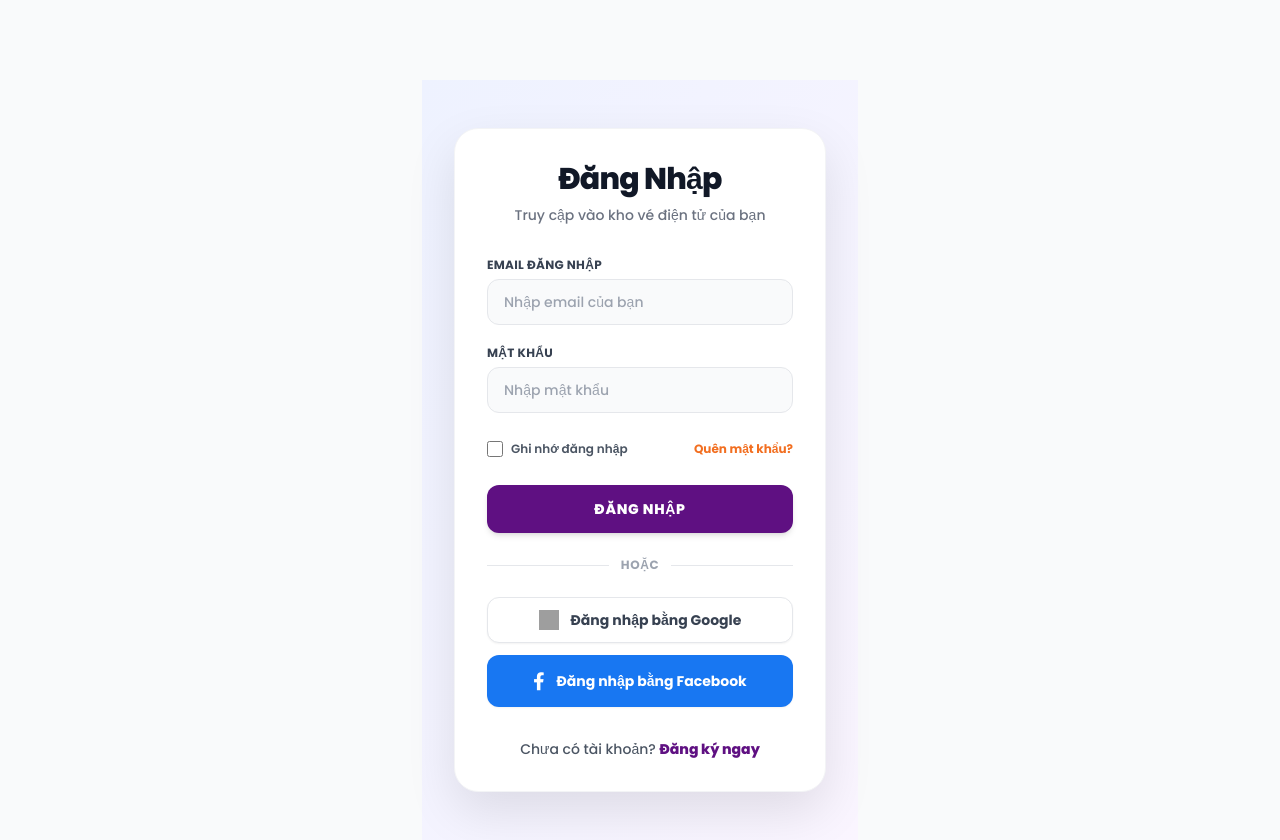
Repository: Vu-Tien-Duc/K23CNT3_VuTienDuc_Project4_EventTicket
Page: EventTicket_BDHT_Project/frontend-web/pages/user/login.html
An editor plug-in stored every save of this project. The page is shown before and after the next save, followed by the edit.
The browser window is 1280 px wide. The pictures show the whole page.
Pictures or frames that could not be fetched are drawn as grey boxes. The page's requests for data from a server got no answer. Some web libraries are served in a nearby version.

Above is the page before, as saved 2026-05-24 18:28:45.

### EventTicket_BDHT_Project/frontend-web/pages/user/login.html
<!DOCTYPE html>
<html lang="vi">
<head>
    <meta charset="UTF-8">
    <meta name="viewport" content="width=device-width, initial-scale=1.0">
    <title>Đăng Nhập - BDHT Premium Ticketing</title>
    <script>
        // Tự động chuyển hướng 127.0.0.1 sang localhost để Facebook Login chạy không lỗi
        if (window.location.hostname === '127.0.0.1') {
            window.location.hostname = 'localhost';
        }
    </script>
    <!-- Tailwind CSS CDN -->
    <script src="https://cdn.tailwindcss.com"></script>
    <script>
        tailwind.config = {
            theme: {
                extend: {
                    colors: {
                        brand: {
                            purple: '#5f1082',
                            purpleHover: '#4d0b6b',
                            orange: '#f26f21',
                            orangeHover: '#d95a12',
                            darkBg: '#333333'
                        }
                    },
                    fontFamily: {
                        sans: ['Poppins', 'sans-serif'],
                    }
                }
            }
        }
    </script>
    <link href="https://fonts.googleapis.com/css2?family=Poppins:wght@300;400;500;600;700;800;900&display=swap" rel="stylesheet">
    <link rel="stylesheet" href="https://cdnjs.cloudflare.com/ajax/libs/font-awesome/6.4.0/css/all.min.css">
    <link rel="stylesheet" href="../../assets/css/style.css">
</head>
<body class="bg-gray-50 text-gray-800 font-sans antialiased flex flex-col min-h-screen">


    <main class="flex-1 flex items-center justify-center py-12 px-4 sm:px-6 lg:px-8 bg-gradient-to-br from-indigo-50 to-purple-50">
        <div class="max-w-md w-full bg-white rounded-3xl p-8 shadow-[0_20px_50px_rgba(0,0,0,0.1)] border border-gray-100">
            <div class="text-center mb-8">
                <h2 class="text-3xl font-extrabold text-gray-900 tracking-tight">Đăng Nhập</h2>
                <p class="text-sm font-medium text-gray-500 mt-2">Truy cập vào kho vé điện tử của bạn</p>
            </div>

            <form id="loginForm" class="flex flex-col gap-5">
                <div id="login-msg" class="hidden font-bold text-sm p-3 rounded-xl"></div>

                <div class="flex flex-col gap-1.5">
                    <label class="text-xs font-bold text-gray-700 uppercase tracking-wide">Email đăng nhập</label>
                    <input type="email" id="email" required placeholder="Nhập email của bạn" class="w-full px-4 py-3 bg-gray-50 border border-gray-200 rounded-xl text-sm font-medium focus:border-brand-purple focus:ring-4 focus:ring-brand-purple/10 outline-none transition-all">
                </div>

                <div class="flex flex-col gap-1.5">
                    <label class="text-xs font-bold text-gray-700 uppercase tracking-wide">Mật khẩu</label>
                    <input type="password" id="password" required placeholder="Nhập mật khẩu" class="w-full px-4 py-3 bg-gray-50 border border-gray-200 rounded-xl text-sm font-medium focus:border-brand-purple focus:ring-4 focus:ring-brand-purple/10 outline-none transition-all">
                </div>

                <div class="flex items-center justify-between mt-2">
                    <label class="flex items-center gap-2 cursor-pointer group">
                        <input type="checkbox" class="w-4 h-4 text-brand-purple rounded border-gray-300 focus:ring-brand-purple cursor-pointer">
                        <span class="text-xs font-semibold text-gray-600 group-hover:text-gray-900 transition">Ghi nhớ đăng nhập</span>
                    </label>
                    <a href="reset-password.html" class="text-xs font-bold text-brand-orange hover:text-brand-orangeHover transition-colors">Quên mật khẩu?</a>
                </div>

                <button type="submit" class="w-full bg-brand-purple hover:bg-brand-purpleHover text-white font-extrabold px-6 py-3.5 rounded-xl text-sm uppercase tracking-wider transition-all duration-300 shadow-md hover:shadow-xl hover:-translate-y-0.5 mt-2">
                    Đăng Nhập
                </button>
            </form>

            <div class="flex items-center my-6">
                <div class="flex-1 h-px bg-gray-200"></div>
                <span class="px-3 text-xs font-bold text-gray-400 uppercase tracking-wider">Hoặc</span>
                <div class="flex-1 h-px bg-gray-200"></div>
            </div>

            <div class="flex flex-col gap-3">
                <button id="btn-google" class="w-full bg-white hover:bg-gray-50 text-gray-700 border border-gray-200 font-bold px-6 py-3 rounded-xl text-sm transition-all duration-300 shadow-sm flex items-center justify-center gap-3">
                    <img src="https://www.svgrepo.com/show/475656/google-color.svg" alt="Google" class="w-5 h-5">
                    Đăng nhập bằng Google
                </button>
                <button id="btn-facebook" class="w-full bg-[#1877F2] hover:bg-[#166fe5] text-white font-bold px-6 py-3 rounded-xl text-sm transition-all duration-300 shadow-sm flex items-center justify-center gap-3">
                    <i class="fab fa-facebook-f text-lg"></i>
                    Đăng nhập bằng Facebook
                </button>
            </div>

            <p class="text-center mt-8 text-sm font-medium text-gray-600">
                Chưa có tài khoản? <a href="register.html" class="font-extrabold text-brand-purple hover:text-brand-orange transition-colors">Đăng ký ngay</a>
            </p>
        </div>
    </main>

    <!-- Google Identity Services SDK -->
    <script src="https://accounts.google.com/gsi/client" async defer></script>

    <script>
        window.SOCIAL_AUTH_CONFIG = {
            googleClientId: '404310159595-htrj1gvm7nv4hsak6j64584tu350e1jd.apps.googleusercontent.com',
        };
    </script>

    <script src="../../assets/js/core/api-client.js"></script>
    <script src="../../assets/js/auth.js"></script>
</body>
</html>

### EventTicket_BDHT_Project/frontend-web/assets/css/style.css
/* EventTicket Frontend Styles */

/* Reset and Base Styles */
* {
    margin: 0;
    padding: 0;
    box-sizing: border-box;
}

body {
    font-family: 'Segoe UI', Tahoma, Geneva, Verdana, sans-serif;
    line-height: 1.6;
    color: #333;
    background-color: #f8f9fa;
}

header {
    background: linear-gradient(135deg, #667eea 0%, #764ba2 100%);
    color: white;
    padding: 1rem 0;
    position: fixed;
    width: 100%;
    top: 0;
    z-index: 1000;
    box-shadow: 0 2px 10px rgba(0,0,0,0.1);
}

main {
    margin-top: 80px;
    padding: 2rem;
    max-width: 1200px;
    margin-left: auto;
    margin-right: auto;
}

.container {
    max-width: 1200px;
    margin: 0 auto;
    padding: 0 1rem;
}

.btn {
    background: #667eea;
    color: white;
    padding: 0.75rem 1.5rem;
    border: none;
    border-radius: 5px;
    cursor: pointer;
    font-size: 1rem;
    transition: background 0.3s;
}

.btn:hover {
    background: #5a67d8;
}

.btn-danger {
    background: #e53e3e;
}

.btn-danger:hover {
    background: #c53030;
}

.card {
    background: white;
    border-radius: 10px;
    box-shadow: 0 4px 6px rgba(0,0,0,0.1);
    padding: 1.5rem;
    margin-bottom: 1.5rem;
}

.event-card {
    display: flex;
    gap: 1.5rem;
    margin-bottom: 2rem;
    padding: 1.5rem;
    border-radius: 10px;
    background: white;
    box-shadow: 0 4px 12px rgba(0,0,0,0.1);
    transition: transform 0.3s, box-shadow 0.3s;
}

.event-card:hover {
    transform: translateY(-5px);
    box-shadow: 0 8px 25px rgba(0,0,0,0.15);
}

/* Responsive */
@media (max-width: 768px) {
    .event-card {
        flex-direction: column;
    }

    main {
        padding: 1rem;
    }
}

/* Loading Spinner */
.loading {
    display: inline-block;
    width: 20px;
    height: 20px;
    border: 3px solid #f3f3f3;
    border-top: 3px solid #667eea;
    border-radius: 50%;
    animation: spin 1s linear infinite;
}

@keyframes spin {
    0% { transform: rotate(0deg); }
    100% { transform: rotate(360deg); }
}

### EventTicket_BDHT_Project/frontend-web/components/header.html
<!-- Header Component -->
<header class="w-full">
    <!-- Top Bar -->
    <div class="max-w-7xl mx-auto px-6 h-20 flex items-center justify-between gap-8">

        <!-- Logo -->
        <a href="pages/index.html" class="flex flex-col flex-shrink-0 group">
            <h1
                class="text-2xl font-extrabold text-gray-900 tracking-tight group-hover:text-brand-purple transition-colors">
                BDHT</h1>
            <p class="text-[9px] font-bold text-gray-400 uppercase tracking-widest mt-0.5" data-i18n="header.subtitle">
                Premium Ticketing</p>
        </a>

        <!-- Search -->
        <div class="hidden md:flex flex-1 max-w-xl">
            <div class="relative w-full group">
                <div class="absolute inset-y-0 left-0 pl-4 flex items-center pointer-events-none">
                    <i class="fas fa-search text-gray-400 group-focus-within:text-brand-purple transition-colors"></i>
                </div>
                <input id="header-search-keyword" type="text" placeholder="Tìm kiếm sự kiện, nghệ sĩ, địa điểm..." data-i18n="header.search_placeholder"
                    class="w-full pl-10 pr-4 py-2.5 bg-gray-50 border border-transparent rounded-full text-sm font-medium text-gray-900 focus:bg-white focus:border-gray-200 focus:ring-4 focus:ring-gray-100 outline-none transition-all duration-300">
            </div>
        </div>

        <!-- User Actions & Language -->
        <div class="flex items-center gap-6">
            <div class="hidden md:block">
                <div class="ai-status-shell rounded-full bg-gradient-to-r from-amber-200 via-orange-200 to-rose-200 p-[1px] shadow-[0_0_24px_rgba(251,191,36,0.32)] transition-all duration-300">
                    <div id="header-ai-status-pill"
                        class="hidden md:flex items-center gap-3 rounded-full border border-amber-200 bg-amber-50 px-3 py-1.5 text-[11px] font-bold text-amber-700 shadow-sm whitespace-nowrap">
                        <div class="flex items-center gap-2">
                            <span id="header-ai-status-dot" class="inline-block h-2 w-2 rounded-full bg-amber-500 animate-pulse"></span>
                            <span class="inline-flex items-center gap-1.5">
                                <i class="fas fa-robot text-[10px]"></i>
                                <span id="header-ai-status-text">Đang kiểm tra trợ lý AI...</span>
                            </span>
                        </div>
                        <button id="header-ai-cta" type="button"
                            class="hidden group items-center gap-1 rounded-full bg-gradient-to-r from-amber-400 via-orange-400 to-rose-400 px-2.5 py-1 text-[10px] font-bold text-slate-950 shadow-[0_8px_20px_rgba(249,115,22,0.28)] transition-all duration-300 hover:scale-105 hover:-translate-y-0.5">
                            <span class="inline-flex h-4 w-4 items-center justify-center rounded-full bg-slate-950/10">
                                <i class="fas fa-bolt text-[9px]"></i>
                            </span>
                            <span>Bật AI ngay</span>
                        </button>
                    </div>
                </div>
            </div>

            <div class="w-px h-6 bg-gray-200"></div>

            <!-- Auth Buttons -->
            <div id="guest-menu" class="flex items-center gap-3">
                <a href="pages/user/login.html" data-i18n="header.login"
                    class="text-sm font-bold text-gray-600 hover:text-gray-900 transition-colors px-2">Đăng nhập</a>
                <a href="pages/user/register.html" data-i18n="header.register"
                    class="bg-gray-900 hover:bg-brand-purple text-white text-sm font-bold px-5 py-2.5 rounded-full transition-all duration-300 hover:shadow-lg hover:-translate-y-0.5 active:translate-y-0">Đăng
                    ký</a>
            </div>

            <!-- User Menu (Hidden by default) -->
            <div id="user-menu" style="display: none;" class="relative items-center gap-3">
                <button type="button" id="user-dropdown-trigger"
                    class="flex items-center gap-3 outline-none border-none bg-transparent cursor-pointer group">
                    <span id="header-user-display-name"
                        class="text-sm font-bold text-gray-700 leading-tight group-hover:text-brand-purple transition-colors">User
                        Name</span>
                    <div id="header-user-avatar-char"
                        class="w-10 h-10 rounded-full bg-gradient-to-r from-brand-purple to-indigo-500 text-white font-extrabold text-sm flex items-center justify-center shadow-md group-hover:shadow-lg transition-all">
                        U
                    </div>
                    <i
                        class="fas fa-chevron-down text-[10px] text-gray-400 group-hover:text-brand-purple transition-colors"></i>
                </button>

                <!-- Dropdown Menu -->
                <div id="user-dropdown-menu"
                    class="hidden absolute right-0 top-12 w-56 bg-white border border-gray-100 rounded-2xl shadow-[0_10px_40px_rgba(0,0,0,0.08)] z-[100] py-2 flex flex-col overflow-hidden">
                    <a href="pages/user/profile.html"
                        class="px-5 py-3 text-sm font-bold text-gray-600 hover:bg-gray-50 hover:text-brand-purple transition-colors flex items-center gap-3">
                        <i class="far fa-user w-5 text-center text-gray-400"></i> <span data-i18n="header.profile">Hồ sơ
                            cá nhân</span>
                    </a>
                    <a href="pages/user/dashboard.html"
                        class="px-5 py-3 text-sm font-bold text-gray-600 hover:bg-gray-50 hover:text-brand-purple transition-colors flex items-center gap-3">
                        <i class="fas fa-ticket-alt w-5 text-center text-gray-400"></i> <span
                            data-i18n="header.my_events">Sự kiện của bạn</span>
                    </a>
                    <div class="h-px bg-gray-100 my-1 mx-3"></div>
                    <a href="javascript:void(0);" id="btn-logout"
                        class="px-5 py-3 text-sm font-bold text-red-500 hover:bg-red-50 transition-colors flex items-center gap-3">
                        <i class="fas fa-sign-out-alt w-5 text-center"></i> <span data-i18n="header.logout">Đăng
                            xuất</span>
                    </a>
                </div>
            </div>

        </div>
    </div>

    <!-- Navigation Bar -->
    <div class="bg-brand-purple w-full border-t border-purple-800/30">
        <div class="max-w-7xl mx-auto px-6 h-14 flex items-center justify-between">
            <div id="header-category-nav" class="flex items-center gap-8 overflow-x-auto scrollbar-hide">
                <span class="text-sm font-bold text-white/90">Đang tải danh mục...</span>
            </div>

            <div class="hidden lg:flex items-center gap-2 bg-white/10 px-4 py-1.5 rounded-full border border-white/20">
                <i class="fas fa-map-marker-alt text-white/70 text-xs"></i>
                <select id="header-location-filter"
                    class="bg-transparent text-white text-xs font-bold outline-none border-none cursor-pointer appearance-none pr-4 relative">
                    <option value="">Mọi địa điểm</option>
                </select>
                <i class="fas fa-chevron-down text-white/50 text-[10px] absolute right-4 pointer-events-none"></i>
            </div>
        </div>
    </div>
</header>

Loaded but not shown: EventTicket_BDHT_Project/frontend-web/assets/js/core/api-client.js (563 lines, source omitted); EventTicket_BDHT_Project/frontend-web/assets/js/auth.js (236 lines, source omitted)

After the next save:
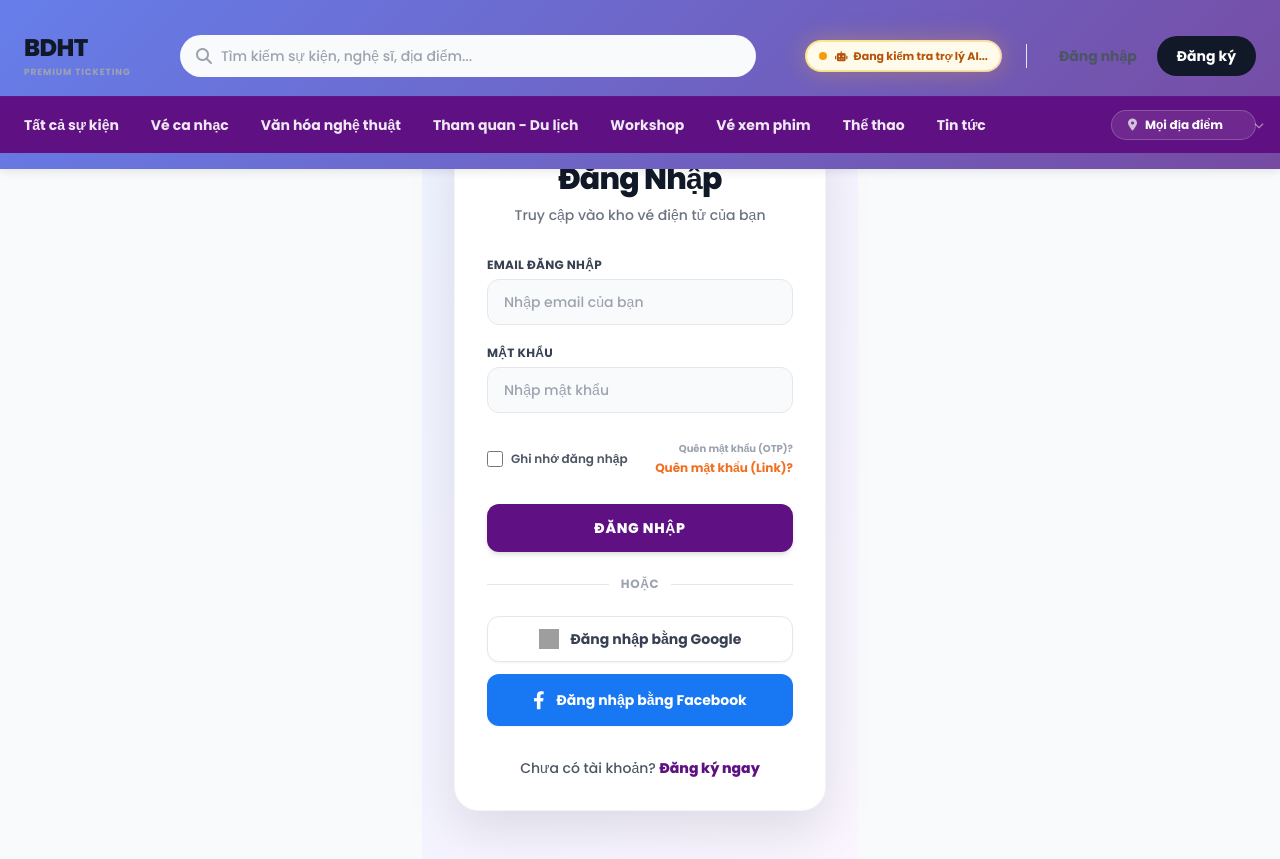
Saved 9 min 14 s later.
--- a/EventTicket_BDHT_Project/frontend-web/pages/user/login.html
+++ b/EventTicket_BDHT_Project/frontend-web/pages/user/login.html
@@ -4,12 +4,6 @@
     <meta charset="UTF-8">
     <meta name="viewport" content="width=device-width, initial-scale=1.0">
     <title>Đăng Nhập - BDHT Premium Ticketing</title>
-    <script>
-        // Tự động chuyển hướng 127.0.0.1 sang localhost để Facebook Login chạy không lỗi
-        if (window.location.hostname === '127.0.0.1') {
-            window.location.hostname = 'localhost';
-        }
-    </script>
     <!-- Tailwind CSS CDN -->
     <script src="https://cdn.tailwindcss.com"></script>
     <script>
@@ -37,7 +31,7 @@
     <link rel="stylesheet" href="../../assets/css/style.css">
 </head>
 <body class="bg-gray-50 text-gray-800 font-sans antialiased flex flex-col min-h-screen">
-
+    <div id="header-container"></div>
 
     <main class="flex-1 flex items-center justify-center py-12 px-4 sm:px-6 lg:px-8 bg-gradient-to-br from-indigo-50 to-purple-50">
         <div class="max-w-md w-full bg-white rounded-3xl p-8 shadow-[0_20px_50px_rgba(0,0,0,0.1)] border border-gray-100">
@@ -64,7 +58,10 @@
                         <input type="checkbox" class="w-4 h-4 text-brand-purple rounded border-gray-300 focus:ring-brand-purple cursor-pointer">
                         <span class="text-xs font-semibold text-gray-600 group-hover:text-gray-900 transition">Ghi nhớ đăng nhập</span>
                     </label>
-                    <a href="reset-password.html" class="text-xs font-bold text-brand-orange hover:text-brand-orangeHover transition-colors">Quên mật khẩu?</a>
+                    <div class="flex flex-col items-end gap-1">
+                        <a href="reset-password.html" class="text-[10px] font-bold text-gray-400 hover:text-gray-600 transition-colors">Quên mật khẩu (OTP)?</a>
+                        <a href="forgot-password-link.html" class="text-xs font-bold text-brand-orange hover:text-brand-orangeHover transition-colors">Quên mật khẩu (Link)?</a>
+                    </div>
                 </div>
 
                 <button type="submit" class="w-full bg-brand-purple hover:bg-brand-purpleHover text-white font-extrabold px-6 py-3.5 rounded-xl text-sm uppercase tracking-wider transition-all duration-300 shadow-md hover:shadow-xl hover:-translate-y-0.5 mt-2">
@@ -101,7 +98,26 @@
     <script>
         window.SOCIAL_AUTH_CONFIG = {
             googleClientId: '404310159595-htrj1gvm7nv4hsak6j64584tu350e1jd.apps.googleusercontent.com',
+            facebookAppId: '1011292878124831' // Đã cập nhật tự động từ App ID trên màn hình của bạn
         };
+
+        // Khởi tạo SDK Facebook không đồng bộ
+        window.fbAsyncInit = function() {
+            FB.init({
+                appId      : window.SOCIAL_AUTH_CONFIG.facebookAppId,
+                cookie     : true,
+                xfbml      : true,
+                version    : 'v18.0'
+            });
+        };
+
+        (function(d, s, id) {
+            var js, fjs = d.getElementsByTagName(s)[0];
+            if (d.getElementById(id)) return;
+            js = d.createElement(s); js.id = id;
+            js.src = "https://connect.facebook.net/vi_VN/sdk.js";
+            fjs.parentNode.insertBefore(js, fjs);
+        }(document, 'script', 'facebook-jssdk'));
     </script>
 
     <script src="../../assets/js/core/api-client.js"></script>
